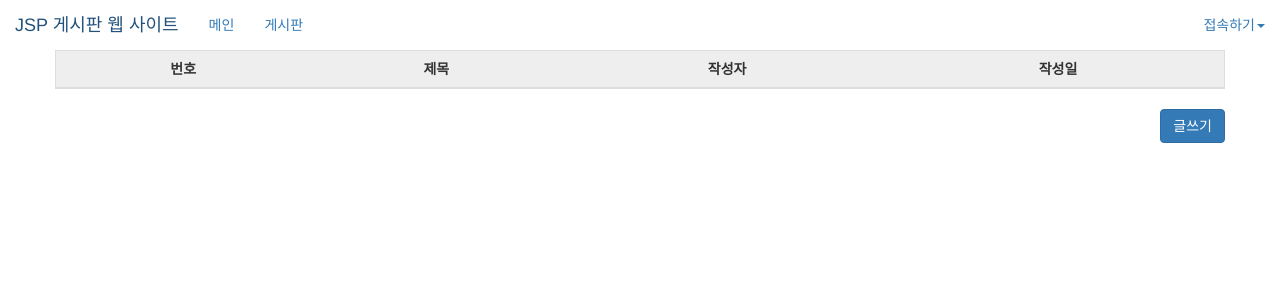
Repository: CEmmanuelP/jsp_Myblog
Page: http://localhost/BBS/bbs.jsp
An editor plug-in stored every save of this project. The page is shown before and after the next save, followed by the edit.
The browser window is 1280 px wide. The pictures show the whole page.
Some web libraries are served in a nearby version. The page is served by Tomcat 9. Queries for data that is not in the repository find no rows.

Above is the page before, as saved 2019-09-07 18:29:43.

After the next save:
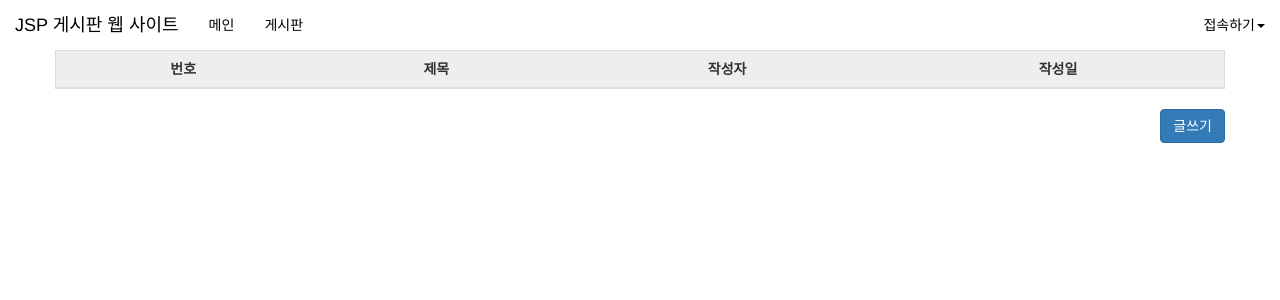
Saved 6 min 0 s later.
--- a/BBS/WebContent/bbs.jsp
+++ b/BBS/WebContent/bbs.jsp
@@ -12,6 +12,12 @@
 <meta name="viewport" content="width=device-width", initial-scale="1">
 <link rel="stylesheet" href="css/bootstrap.css">
 <title>JSP 게시판 웹 사이트</title>
+<style type="text/css">
+	a, a:hover{
+		color: #000000;
+		text-decoration: none;
+	}
+</style>
 </head>
 <body>
    <%
